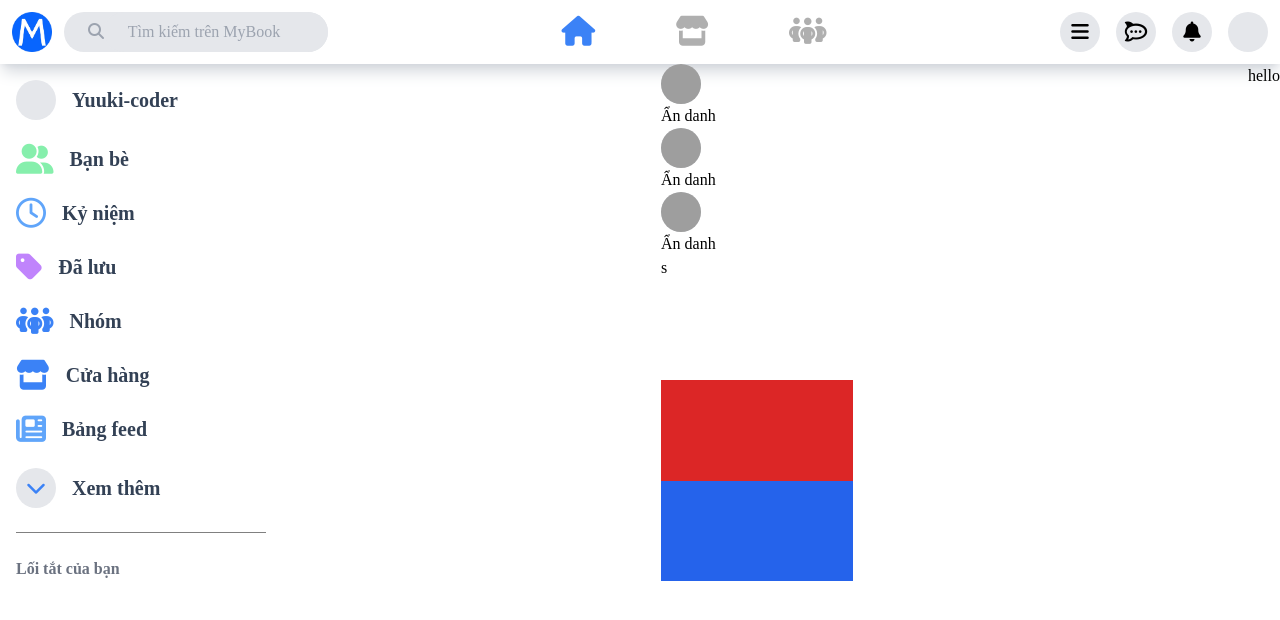
Repository: Yuukicoder/MyBook
Page: / (app in mybook/)
The author's editor kept a copy of each file at every save. The page is drawn from the files as they stood at one save, then again after the next save.
The browser window is 1280 px wide. The pictures show the whole page.
Pictures or frames that could not be fetched are drawn as grey boxes. The project was rebuilt for these pictures with package versions that can differ from the ones it lists, and the page was loaded fresh each time.

Above is the page before, as saved 2023-12-14 09:32:34.

After the next save:
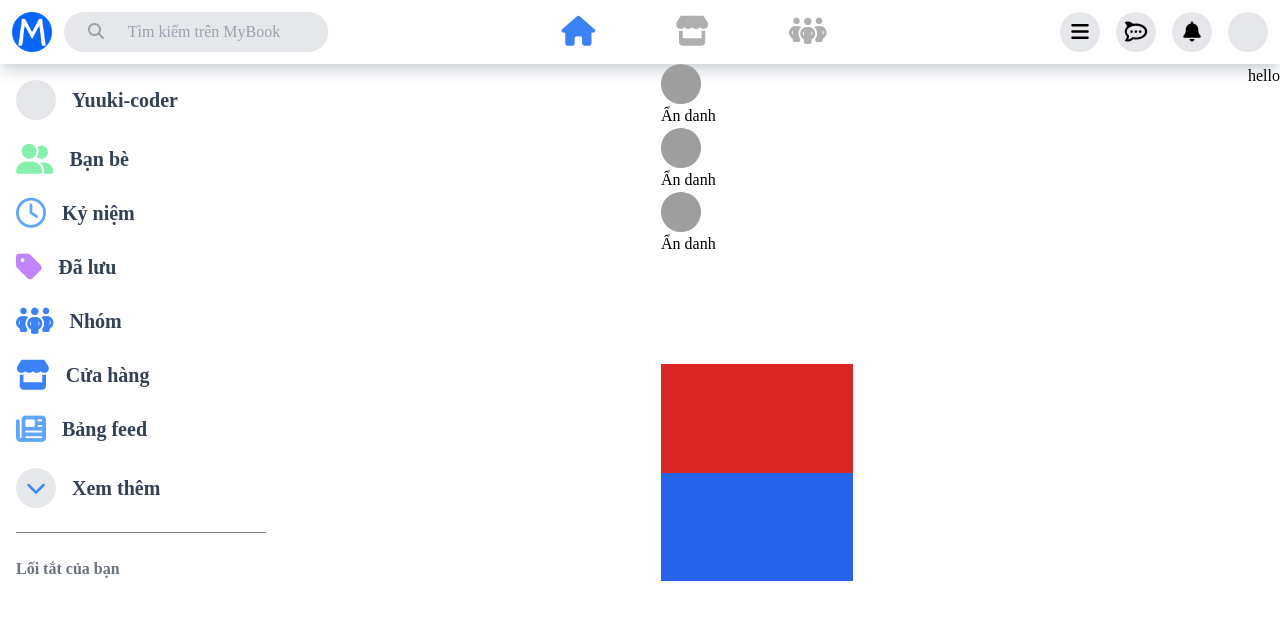
Saved 8 s later.
--- a/mybook/src/News.js
+++ b/mybook/src/News.js
@@ -13,7 +13,7 @@ var News = () =>(
             <div class="Story_Page w-48">
                 <Story_Page></Story_Page>
                 <Story_Page></Story_Page>
-                <Story_Page></Story_Page>s
+                <Story_Page></Story_Page>
             </div>
         </div>
         <div class="News_Tools bg-red-600"></div>
